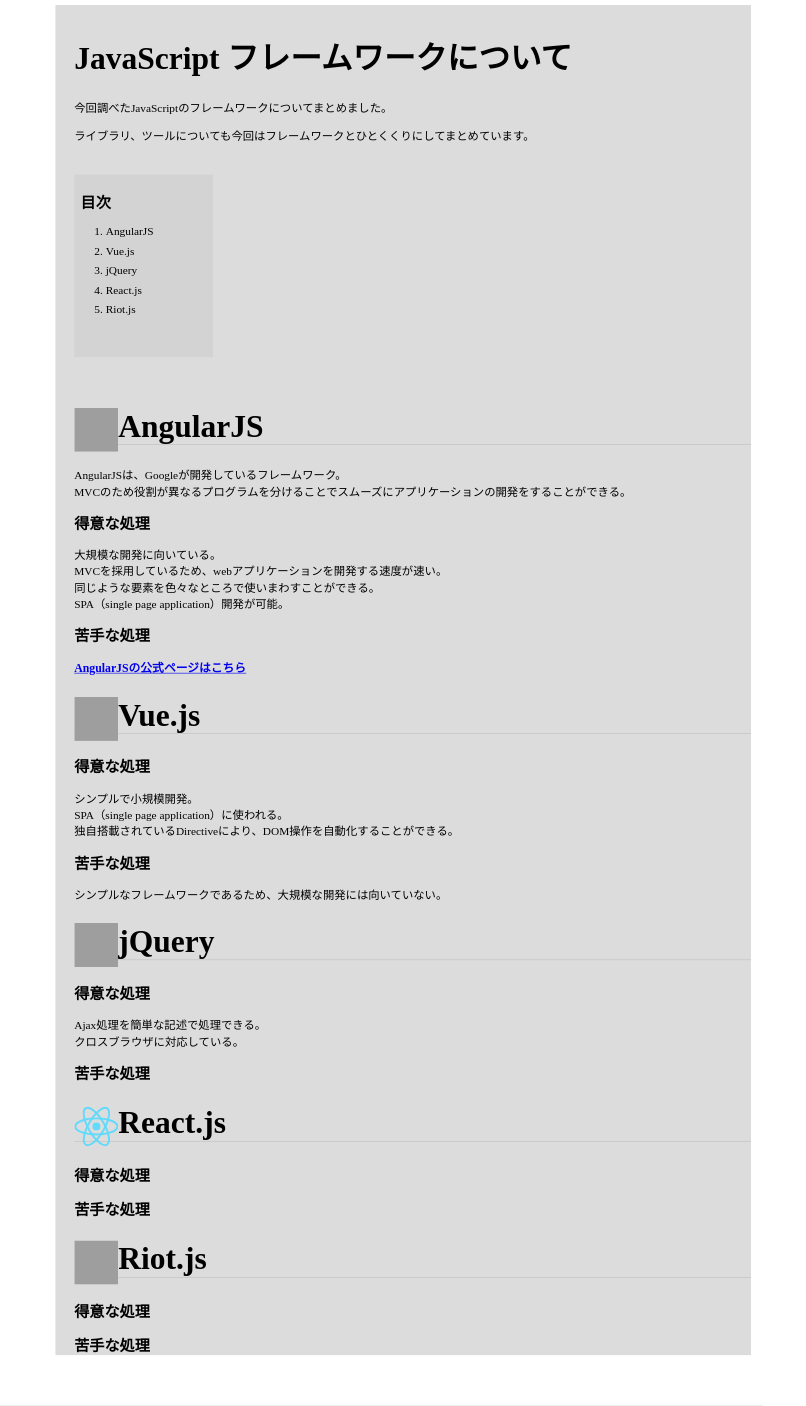
Repository: daichi-python/samurai_HTML_CSS
Page: Framework/index.html
The author's editor kept a record of every edit. The page is drawn from the files as they stood at one moment, then again after the next edit.
The browser window is 1280 px wide. The pictures show the whole page, at 63% of full size.
Pictures or frames that could not be fetched are drawn as grey boxes.

Above is the page before.

After the next edit:
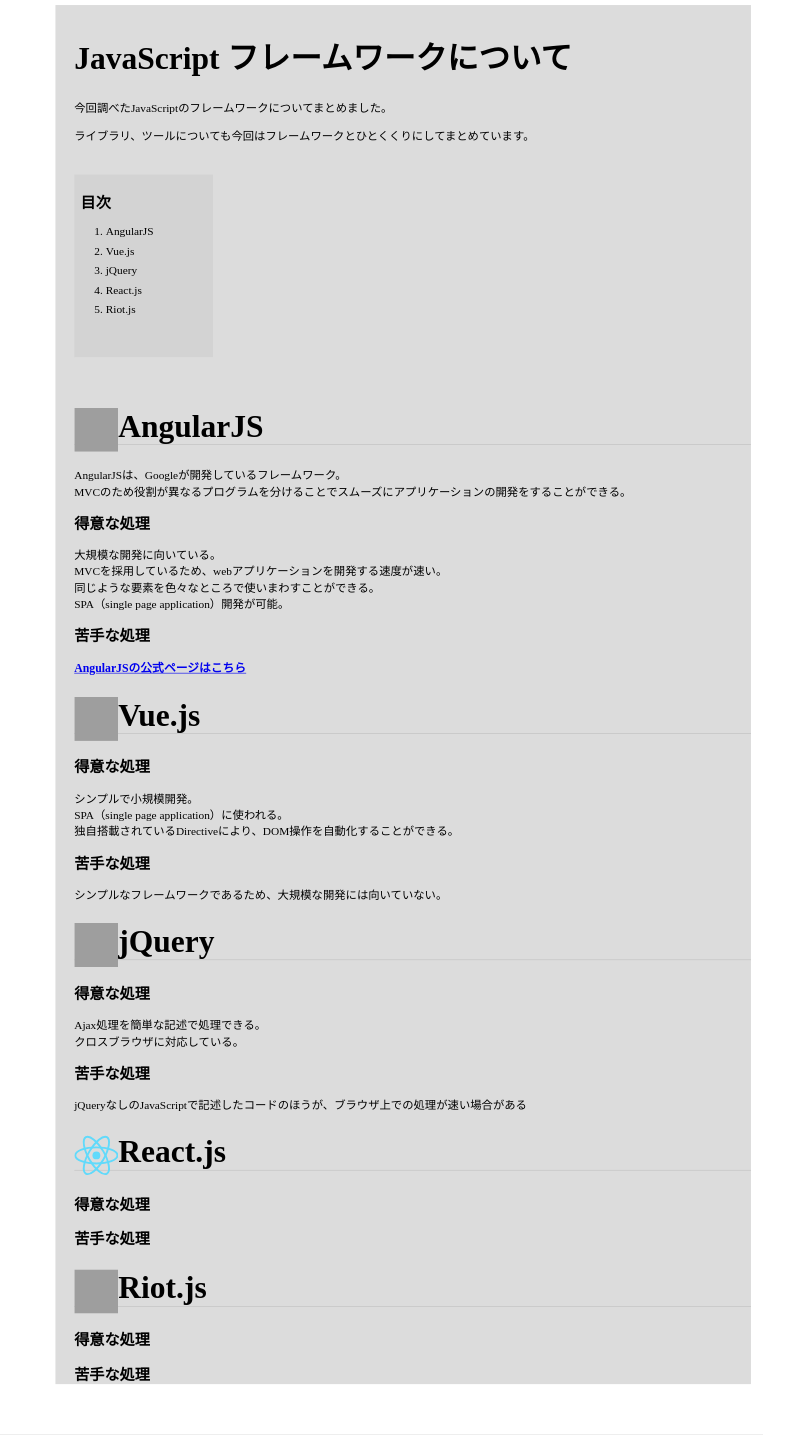
The edit:
--- a/Framework/index.html
+++ b/Framework/index.html
@@ -70,6 +70,7 @@
                         クロスブラウザに対応している。
                     </p>
                     <h2>苦手な処理</h2>
+                    <p>jQueryなしのJavaScriptで記述したコードのほうが、ブラウザ上での処理が速い場合がある</p>
                 </div>
             </div>
             <div class="fw react">
